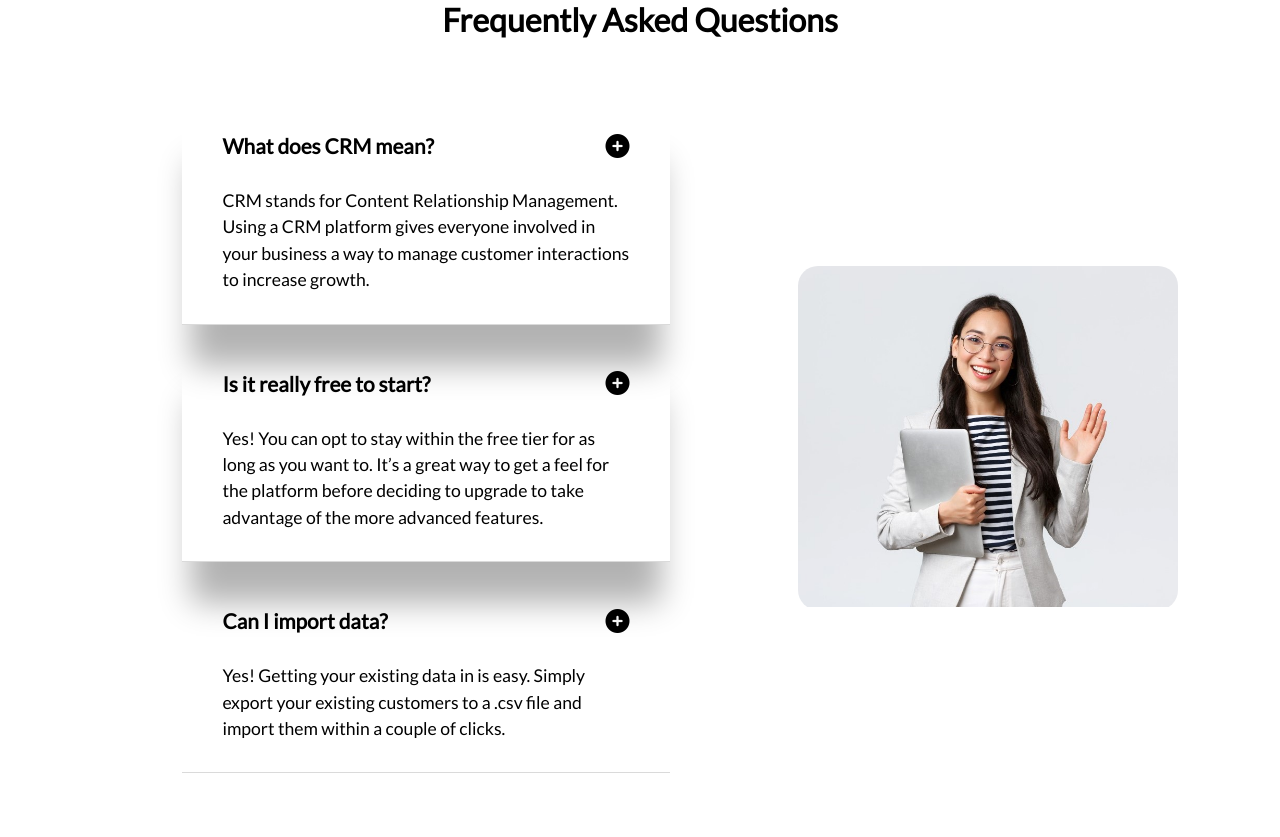
Repository: emiliaiwu/faq_component
Page: index.html
An editor plug-in stored every save of this project. The page is shown before and after the next save, followed by the edit.
The browser window is 1280 px wide. The pictures show the whole page.
Some web libraries are served in a nearby version.

Above is the page before, as saved 2022-12-13 16:35:39.

After the next save:
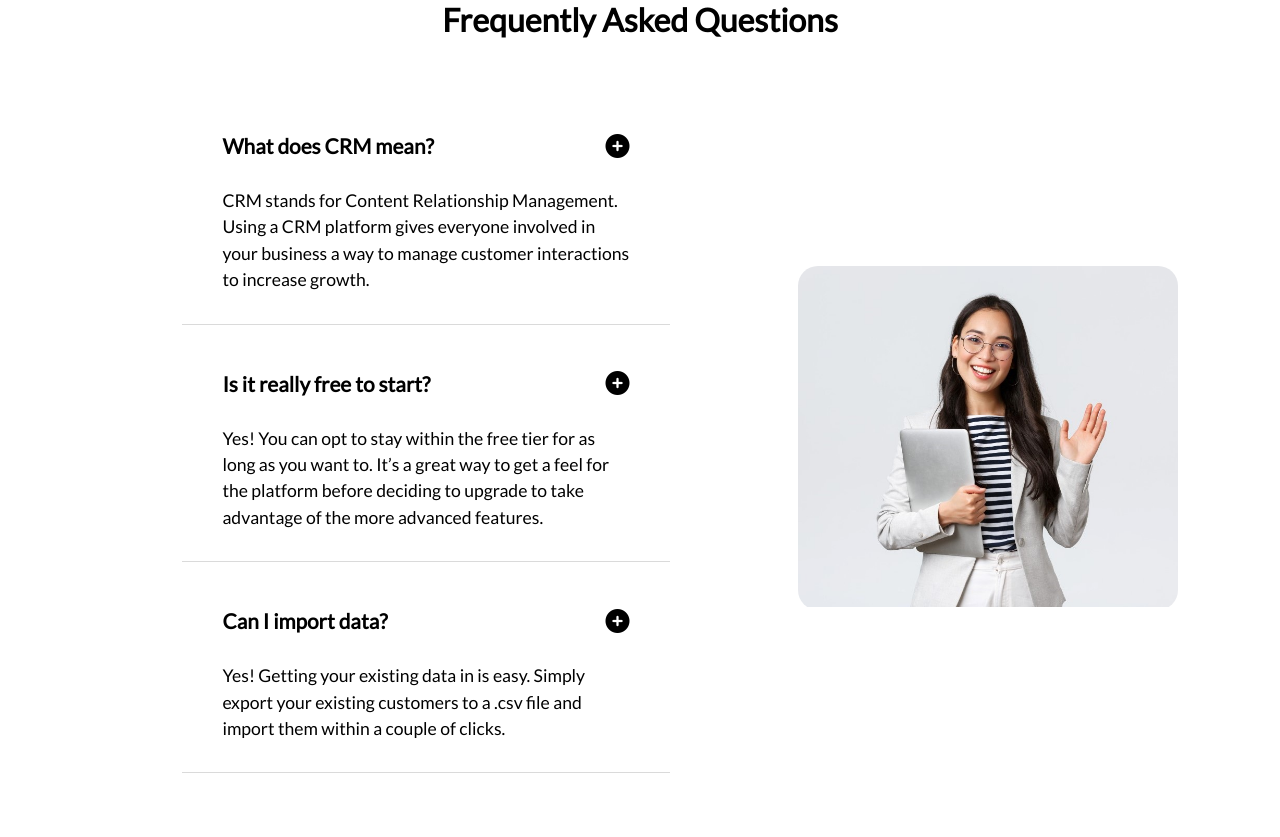
Saved 63 s later.
--- a/style.css
+++ b/style.css
@@ -96,8 +96,8 @@ img {
 /* ACTIVE CLASSES */
 
 .faq_content.active {
-    box-shadow: 0px 50px 30px -9px rgba(0,0,0,0.30);
-    -webkit-box-shadow: 0px 50px 30px -9px rgba(0,0,0,0.30);
+    /* box-shadow: 0px 50px 30px -9px rgba(0,0,0,0.30);
+    -webkit-box-shadow: 0px 50px 30px -9px rgba(0,0,0,0.30); */
 }
 
 
